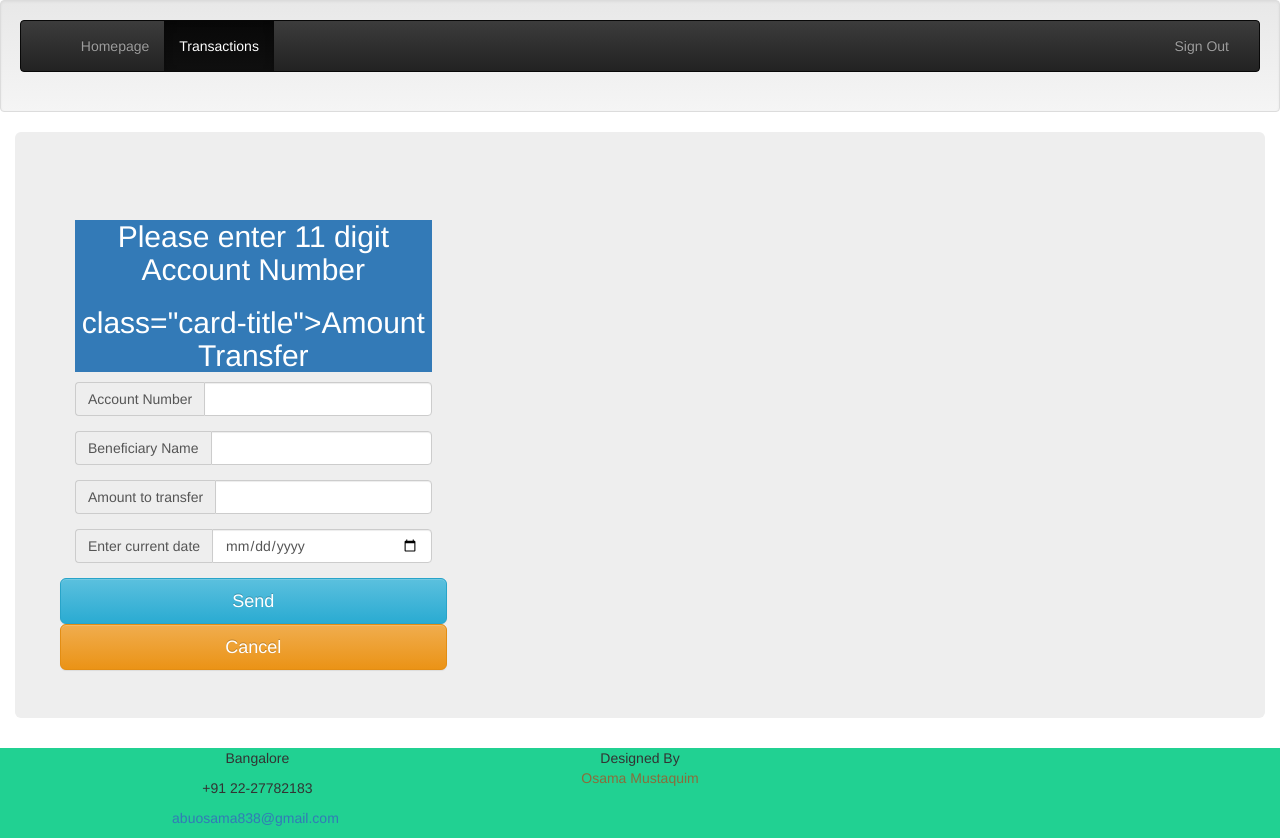
Repository: osamamustaquim/Online-Banking-Management-System
Page: http://localhost/BankApp/Wrongaccnum.jsp
These files come from the project's save history. The page is drawn as it stood at one moment and after the next save; the edit follows.
The browser window is 1280 px wide. The pictures show the whole page.
Some web fonts or font styles are not loaded; a fallback is used. The page is served by Tomcat 9.

Above is the page before, as saved 2020-04-10 15:58:43.

After the next save:
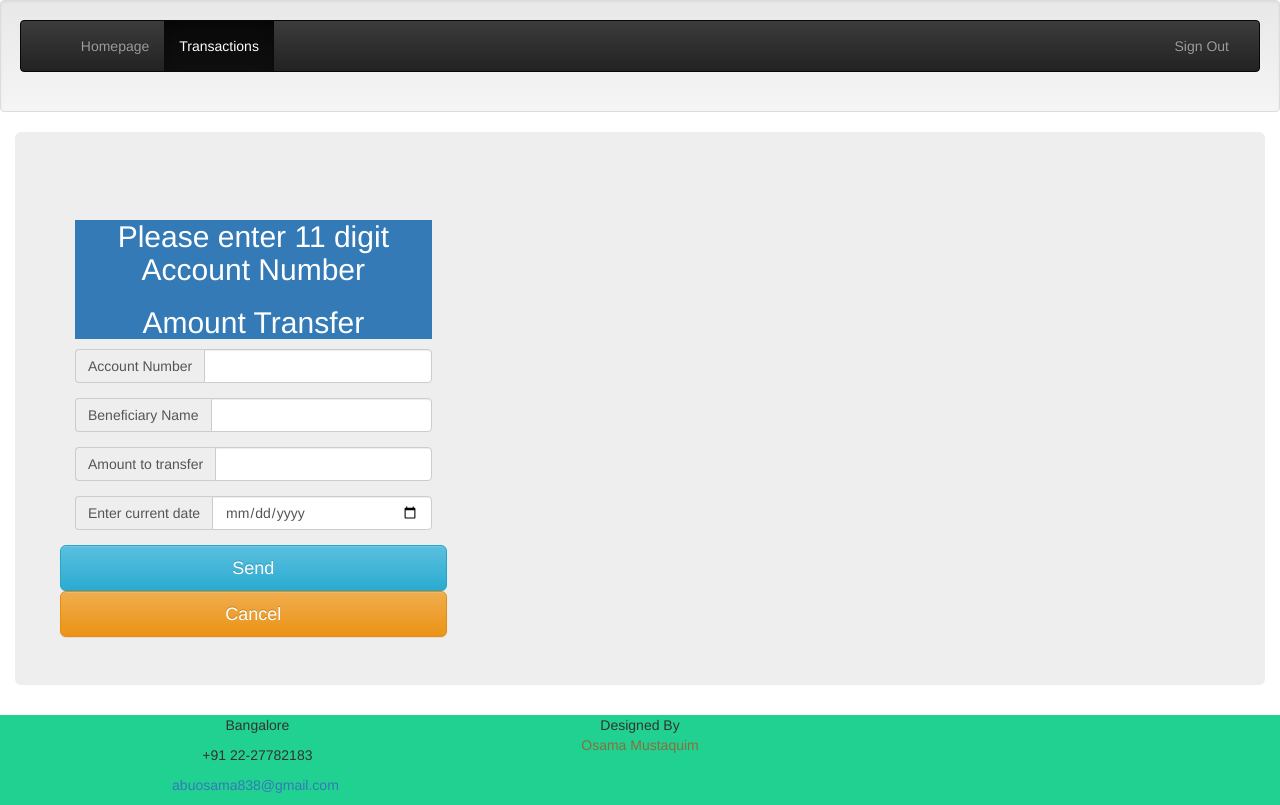
Saved 32 s later.
--- a/Online Banking Application using MVC model - Copy/BankApp/WebContent/Wrongaccnum.jsp
+++ b/Online Banking Application using MVC model - Copy/BankApp/WebContent/Wrongaccnum.jsp
@@ -67,7 +67,7 @@ background:"red"
 			<div class="card border-primary">
 				<div class="card-header bg-primary text-center">
 				<h2>Please enter 11 digit Account Number</h2>
-					<h2> class="card-title">Amount Transfer</h2>
+					<h2> <class="card-title">Amount Transfer</h2>
 				</div>
 				<div class="card-body justify-content-center">
 					<form accept-charset="UTF-8" role="form" action="Transferservlet"
